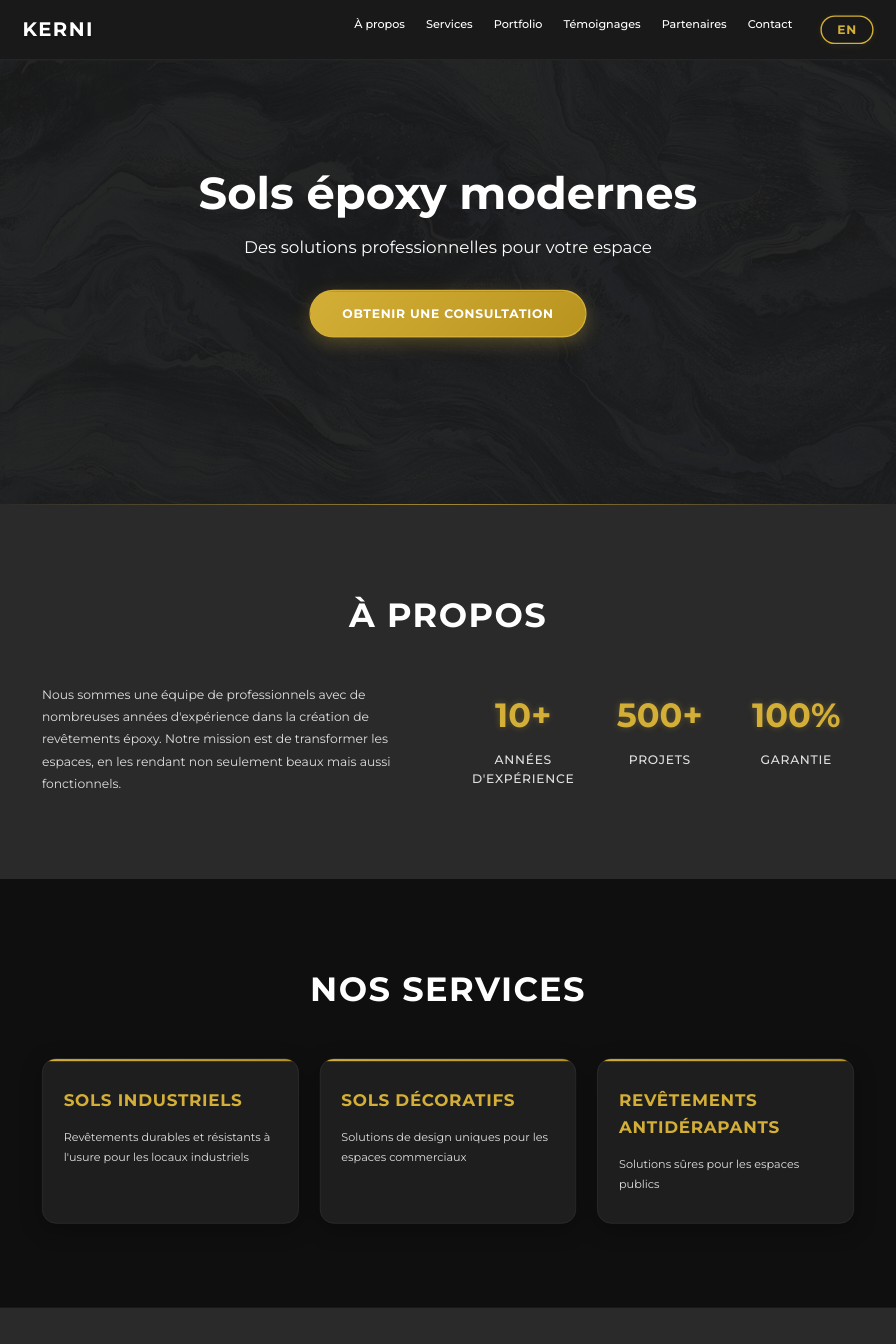
Repository: kerni-ca/kerni-ca
Page: index.html
An editor plug-in stored every save of this project. The page is shown before and after the next save, followed by the edit.
The browser window is 1280 px wide. The pictures show the part of the page from y = 0 to 1920 px (the page is 4983 px tall), at 70% of full size.
Backgrounds fixed to the window are drawn as part of the page.

Above is the page before, as saved 2025-07-04 15:45:47.

After the next save:
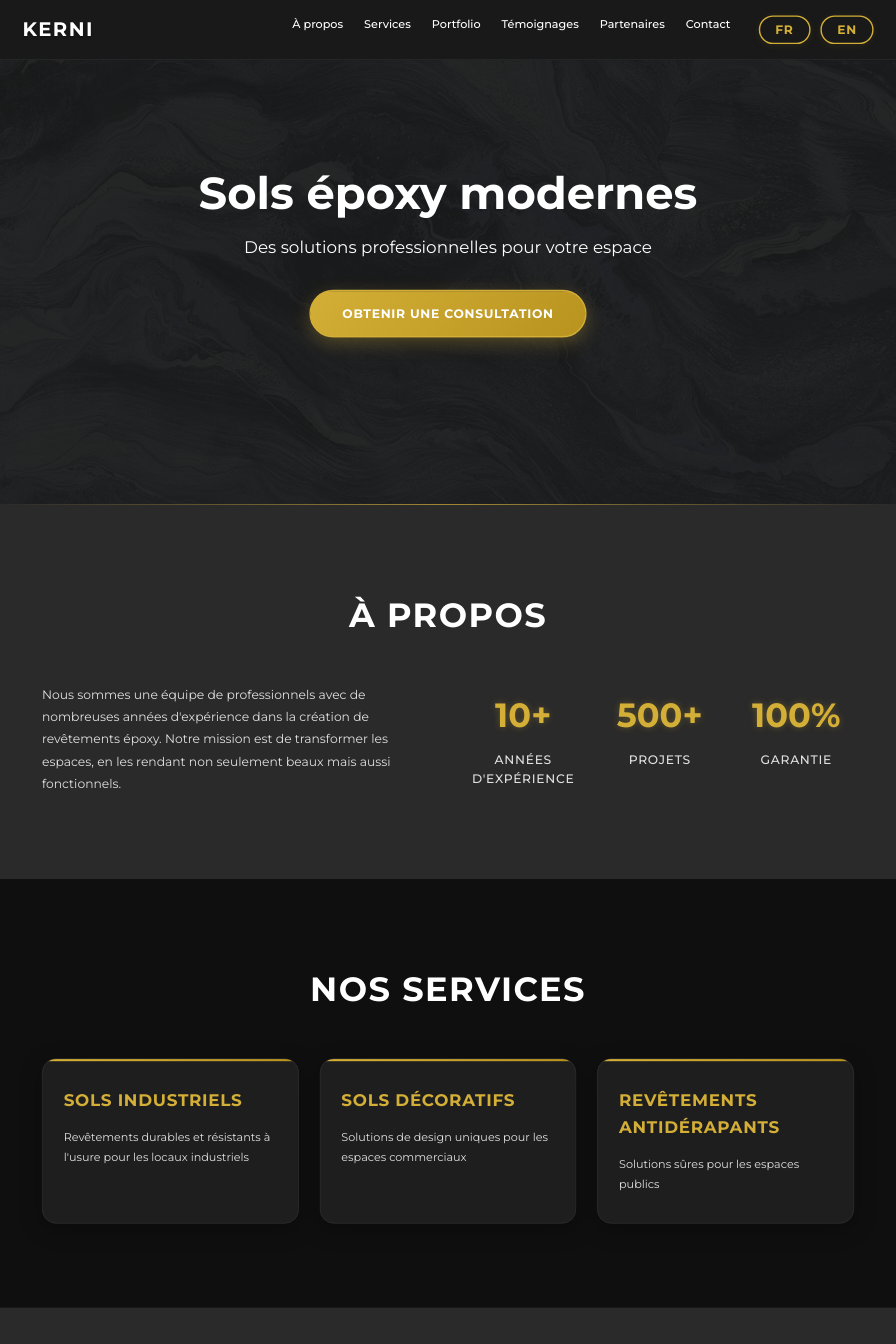
Saved 50 s later.
--- a/index.html
+++ b/index.html
@@ -29,7 +29,10 @@
                 <li><a href="#testimonials" data-i18n="nav_testimonials">nav_testimonials</a></li>
                 <li><a href="#partners" data-i18n="nav_partners">nav_partners</a></li>
                 <li><a href="#contact" data-i18n="nav_contact">nav_contact</a></li>
-                <li><button id="lang-switch" class="lang-btn"></button></li>
+                <li>
+                  <button class="lang-btn" data-lang="fr" id="lang-fr">FR</button>
+                  <button class="lang-btn" data-lang="en" id="lang-en">EN</button>
+                </li>
             </ul>
         </nav>
         <div class="hero">
